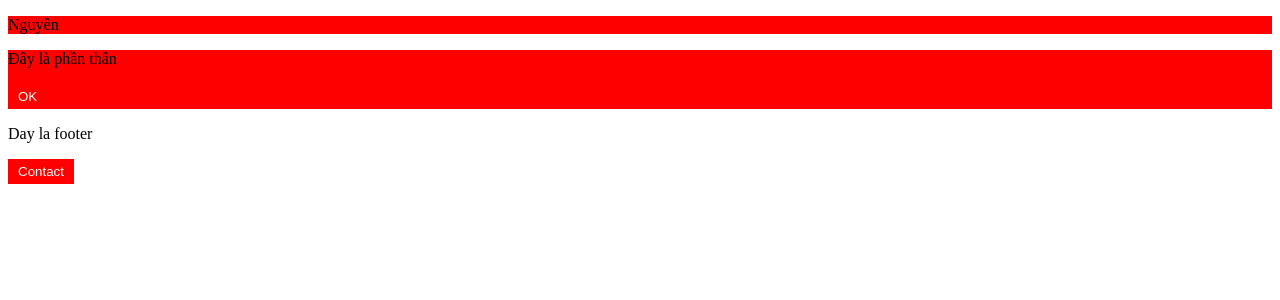
Repository: nguyenary/LeanSASS
Page: index.html
The author's editor kept a copy of each file at every save. The page is drawn from the files as they stood at one save, then again after the next save.
The browser window is 1280 px wide. The pictures show the whole page.
The style sheet was rebuilt from its Sass, Less or Tailwind sources for each picture, by a compiler version that may differ from the author's.

Above is the page before, as saved 2021-09-04 23:16:13.

After the next save:
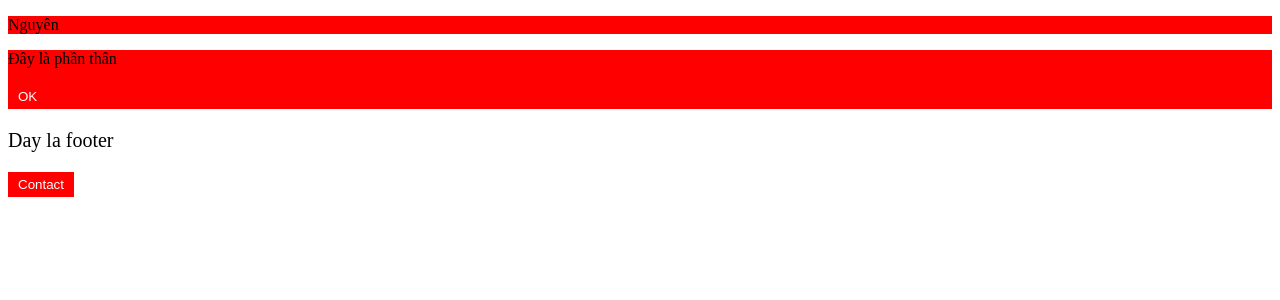
Saved 98 s later.
--- a/style/index.scss
+++ b/style/index.scss
@@ -10,6 +10,12 @@ section button {
     @include buttonStyle();
 }
 
-footer button {
-    @include buttonStyle();
+footer {
+    button {
+        @include buttonStyle();
+    }
+
+    p {
+        font-size: 20px;
+    }
 }
